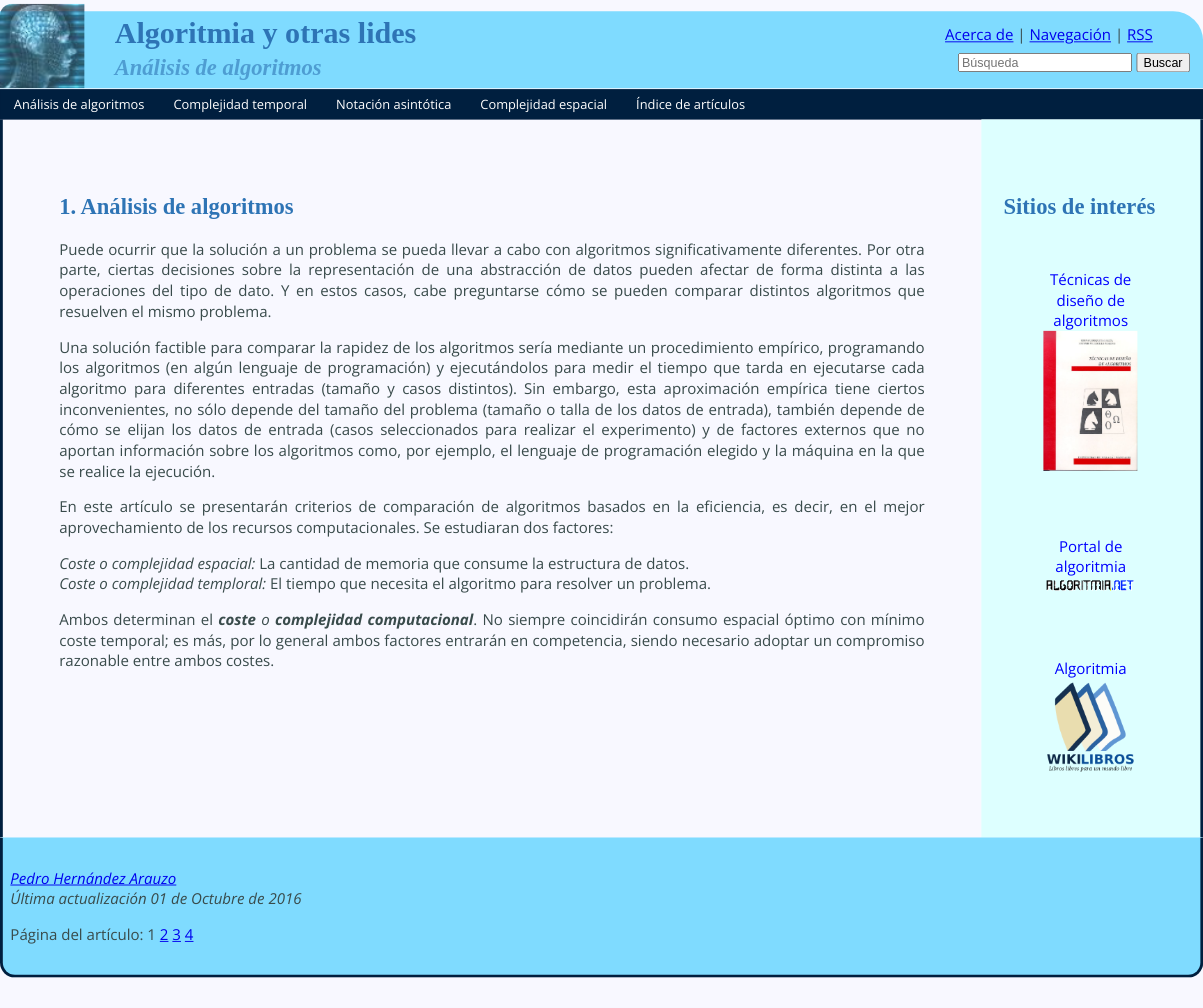
Repository: dgsama/Curso17
Page: SEW/WorkSpace/Practica04/index.html
These files come from the project's save history. The page is drawn as it stood at one moment and after the next save; the edit follows.
The browser window is 1280 px wide. The pictures show the whole page, at 94% of full size.
Some web fonts or font styles are not loaded; a fallback is used.

Above is the page before, as saved 2016-10-26 09:38:00.

### SEW/WorkSpace/Practica04/index.html
<!DOCTYPE html>
<html xmlns="http://www.w3.org/1999/xhtml" lang="es" xml:lang="es">
<head>
<meta charset="UTF-8" />
<title>Análisis de algoritmos</title>
<link rel="stylesheet" type="text/css"
href="estilo.css" media="screen"/>
<style type="text/css">
/*<![CDATA[
body {
    counter-reset: c1;
}

section h2:before {
    counter-increment: c1;
    content: counter(c1) ". ";
}
]]>*/
</style>
</head>
<body>
  <header>
    <h1>
      <a href="#" title="Página inicial del blog" tabindex="1"><img
      src="algoritmia.jpg" alt="logo"/>Algoritmia y otras lides</a>
    </h1>
    <h2>Análisis de algoritmos</h2>
    <ul id="ayuda">
      <li><a href="#">Acerca de</a></li>
      <li><a href="#">Navegación</a></li>
      <li><a href="#">RSS</a></li>
      <li>
        <form method="post" action="#">
		  <fieldset>
			<input type="search" size="20" placeholder="Búsqueda"/>
			<input type="submit" value="Buscar"/>
		  </fieldset>
        </form>
      </li>
    </ul>
  </header>
  <nav>
    <ul>
      <li><a href="#" accesskey="1">Análisis de algoritmos</a></li>
      <li><a href="temporal.html" accesskey="2">Complejidad
      temporal</a></li>
      <li><a href="notacion.html" accesskey="3">Notación
      asintótica</a></li>
      <li><a href="espacial.html" accesskey="4">Complejidad
      espacial</a></li>
      <li><a href="#" accesskey="5">Índice de artículos</a></li>
    </ul>
  </nav>
  <section id="main">
    <h2>1. Análisis de algoritmos</h2>
    <p>Puede ocurrir que la solución a un problema se pueda llevar a
      cabo con algoritmos significativamente diferentes. Por otra parte,
      ciertas decisiones sobre la representación de una abstracción de
      datos pueden afectar de forma distinta a las operaciones del tipo
      de dato. Y en estos casos, cabe preguntarse cómo se pueden
      comparar distintos algoritmos que resuelven el mismo problema.</p>
    <p>Una solución factible para comparar la rapidez de los
      algoritmos sería mediante un procedimiento empírico, programando
      los algoritmos (en algún lenguaje de programación) y ejecutándolos
      para medir el tiempo que tarda en ejecutarse cada algoritmo para
      diferentes entradas (tamaño y casos distintos). Sin embargo, esta
      aproximación empírica tiene ciertos inconvenientes, no sólo
      depende del tamaño del problema (tamaño o talla de los datos de
      entrada), también depende de cómo se elijan los datos de entrada
      (casos seleccionados para realizar el experimento) y de factores
      externos que no aportan información sobre los algoritmos como, por
      ejemplo, el lenguaje de programación elegido y la máquina en la
      que se realice la ejecución.</p>
    <p>En este artículo se presentarán criterios de comparación de
      algoritmos basados en la eficiencia, es decir, en el mejor
      aprovechamiento de los recursos computacionales. Se estudiaran dos
      factores:</p>
    <dl>
      <dt>Coste o complejidad espacial</dt>
      <dd>La cantidad de memoria que consume la estructura de
        datos.</dd>
      <dt>Coste o complejidad temploral</dt>
      <dd>El tiempo que necesita el algoritmo para resolver un
        problema.</dd>
    </dl>
    <p>Ambos determinan el <dfn><strong>coste</strong> o
      <strong>complejidad computacional</strong></dfn>. No siempre
      coincidirán consumo espacial óptimo con mínimo coste temporal; es
      más, por lo general ambos factores entrarán en competencia, siendo
      necesario adoptar un compromiso razonable entre ambos costes.</p>
  </section>
  <aside>
    <h2>Sitios de interés</h2>
    <div>
      <figure>
        <figcaption>Técnicas de diseño de algoritmos</figcaption>
        <p><a href="http://www.lcc.uma.es/~av/Libro/"><img src="tda.jpg"
        alt="Libro de algoritmia"/></a></p>
      </figure>
      <figure>
        <figcaption>Portal de algoritmia</figcaption>
        <p><a href="http://www.algoritmia.net/"><img src="anet.gif"
		alt="Portal de algoritmia"/></a></p>
      </figure>
      <figure>
        <figcaption>Algoritmia</figcaption>
        <p><a href="http://es.wikibooks.org/wiki/Algoritmia"><img
        src="Wbooks.png" alt="Libro de algoritmia"/></a></p>
      </figure>
    </div>
  </aside>
  <footer>
    <address>
      <p>
        <a href="mailto:phernandez@uniovi.es"
         title="Escrito por Pedro Hernández">Pedro Hernández Arauzo</a>
         <br/>Última actualización
         <time datetime="2016-10-01">01 de Octubre de 2016</time>
      </p>
    </address>
    <p>
        Página del artículo: 1 <a href="temporal.html">2</a>
        <a href="notacion.html">3</a> <a href="espacial.html">4</a>
    </p>
  </footer>
</body>
</html>

### SEW/WorkSpace/Practica04/estilo.css
@charset "UTF-8";

@import
    url("http://fonts.googleapis.com/css?family=Source+Code+Pro:300,400,700|Droid+Serif:700|Open+Sans:400italic,700italic,400,700")
    ;

body {
    font-family: 'Open Sans', sans-serif;
    color: #394b4b;
    background-color: #f8f8ff;
    text-align: justify;
    margin: 0.75em 0;
    padding: 0;
}

section, aside {
    margin: 0;
    border-left: 3px solid #001f3f;
    border-right: 3px solid #001f3f;
}

aside {
    padding: 0 4em 1.5em 4em;
}

h1, h2, h3, h4, h5, h6 {
    font-family: 'Droid Serif', serif;
    color: rgb(46, 116, 181);
}

h1 a, h1 a:link, h1 a:visited {
    color: inherit;
    text-decoration: none;
}

header {
    background-color: #7fdbff;
    min-height: 82px;
    border-top-right-radius: 2em;
}

header img {
    float: left;
    opacity: 0.7;
    width: 90px;
    height: 90px;
    margin-top: -13px;
    margin-right: 1em;
    border-top-left-radius: 0.4em;
}

header h1, header h2 {
    margin: 0;
    padding: 5px 0 0 0;
}

header h2 {
    font-style: italic;
    opacity: 0.6;
}

nav {
    font-size: 90%;
}

nav>ul {
    list-style: none;
    margin: 1px 0 0 0;
    padding: 0;
    background-color: #001f3f;
    border: 1px solid #001f3f;
    font-size: 95%;
}

nav li {
    color: rgb(100%, 100%, 100%);
    margin: 0;
    padding: 0;
    display: inline-block;
    padding: 0;
}

nav a {
    display: block; /* para que el hiperv�nculo se active desde
						cualquier parte de la caja que se genera */
    padding: 0.4em 1em;
}

nav a:hover {
    background-color: #0074d9;
}

nav a:link, nav a:visited {
    color: rgb(100%, 100%, 100%);
    text-decoration: none;
}

.ecuacion, code, #Tabla3 thead th:nth-child(n+2) {
    font-family: 'Source Code Pro', monospace;
}

.ecuacion, #Tabla3 thead th:nth-child(n+2) {
    font-style: oblique;
}

pre>code {
    font-size: 16px;
}

figure, figure>p {
    margin: 0;
    padding: 0;
}

figure>pre, figure>table {
    margin-bottom: 0.15em;
}

figure>pre {
    font-size: 1em;
}

section figcaption::before {
    content: attr(title) ". ";
    font-weight: 700;
}

section figcaption {
    font-size: 85%;
    font-style: italic;
}

#Figura3 img {
    width: 578px;
    height: 268px;
}

table {
    border-collapse: collapse;
}

th, td {
    border: 1px solid rgb(40%, 40%, 40%);
    padding: 2px 0.5em;
}

#Tabla3 caption {
    color: rgb(46, 116, 181);
    font-style: italic;
    font-weight: bold;
    margin-bottom: 0.2em;
}

footer {
    clear: both;
    min-height: 50px;
    background-color: #7fdbff;
    margin-bottom: 2em;
    padding: 1em 0.5em;
    border-left: 3px solid #001f3f;
    border-right: 3px solid #001f3f;
    border-bottom: 3px solid #001f3f;
    border-bottom-left-radius: 1em;
    border-bottom-right-radius: 1em;
}

#ayuda {
    list-style-type: none;
    float: right;
    margin-top: -60px;
}

#ayuda fieldset {
    border: none;
}

#ayuda li {
    display: inline;
}

#ayuda li:nth-last-child(n+3)::after {
    content: " |";
}

dt, dd {
    display: inline;
}

dt::after {
    content: ": ";
}

dt {
    font-style: italic;
}

dd {
    margin-left: 0;
}

dd:after {
    display: block;
    content: " ";
}

#main {
    padding: 60px;
}

pre {
    margin-left: 3cm;
}

pre+figcaption {
    margin-left: 3cm;
}

table {
    margin: auto;
}

.center {
    text-align: center;
}

#Figura4 {
    float: left;
    width: 39%;
    text-align: center;
    margin-left: 10%;
}

#Figura5 {
    float: right;
    width: 39%;
    text-align: center;
    margin-right: 10%;
}

h4 {
    clear: both;
}

#Tabla3 th {
    background-color: #00BFFF;
    color: #0404B4;
    font-size: 20px;
}

#Tabla3 tbody {
    background: white;
}

#Tabla3 tbody>tr:nth-child(2n) {
    background: #A9F5F2;
}

aside {
    color: blue;
}

aside div {
    display: flex;
    justify-content: center;
}

aside figure {
    padding: 2em;
    text-align: center;
}

aside img {
    max-width: 100px;
}

@media screen and (min-width:900px) {
    aside div {
        flex-direction: column;
        min-height: 600px;
    }
    aside {
        border-left: 0;
        padding: 2em 1.5em;
        display: table-cell;
        background-color: #DDFFFF;
    }
    #main {
        border-right: 0;
        display: table-cell;
    }
}

After the next save:
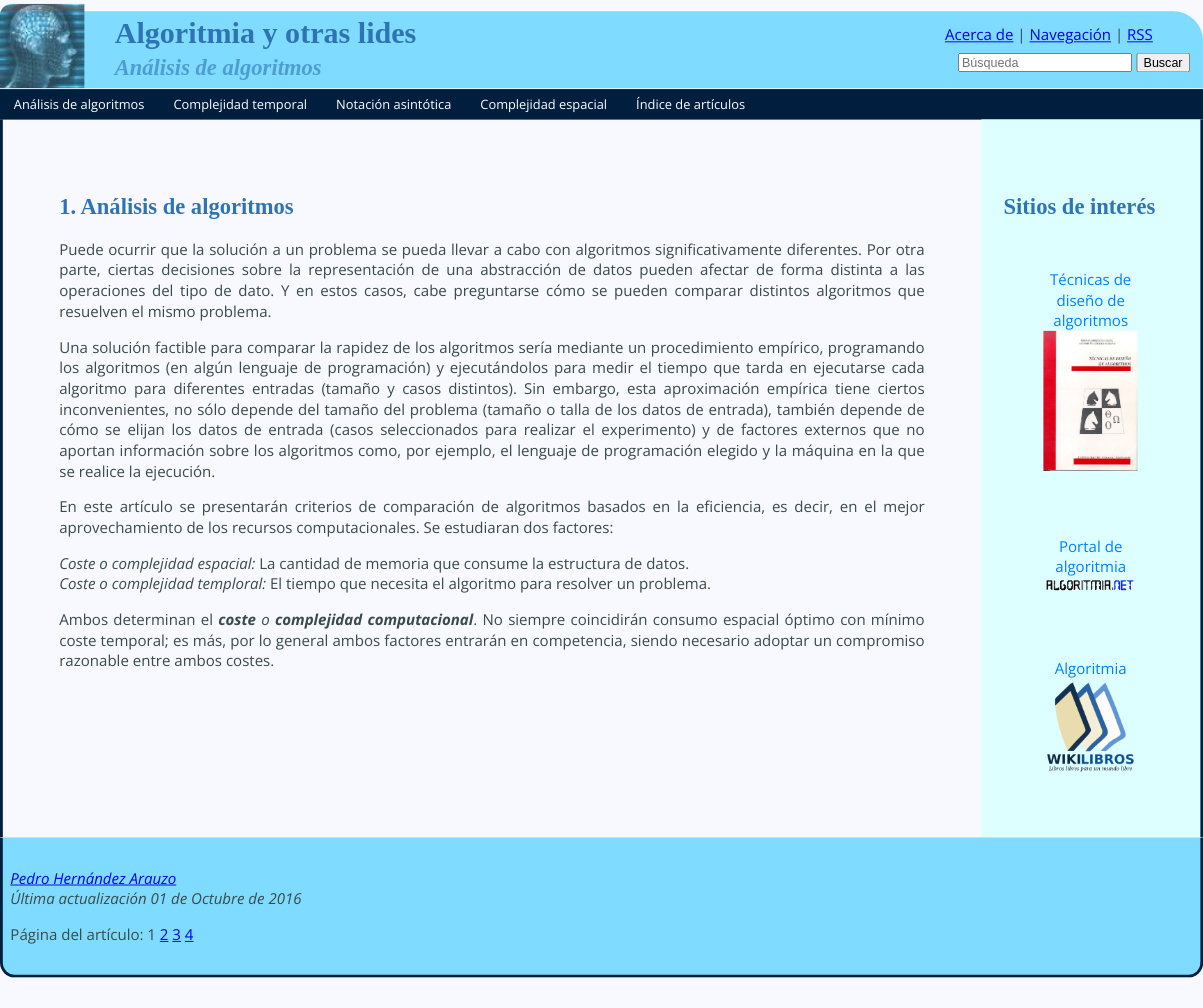
Saved 14 s later.
--- a/SEW/WorkSpace/Practica04/estilo.css
+++ b/SEW/WorkSpace/Practica04/estilo.css
@@ -256,7 +256,7 @@
 }
 
 aside {
-    color: blue;
+    color: #0080FF;
 }
 
 aside div {
